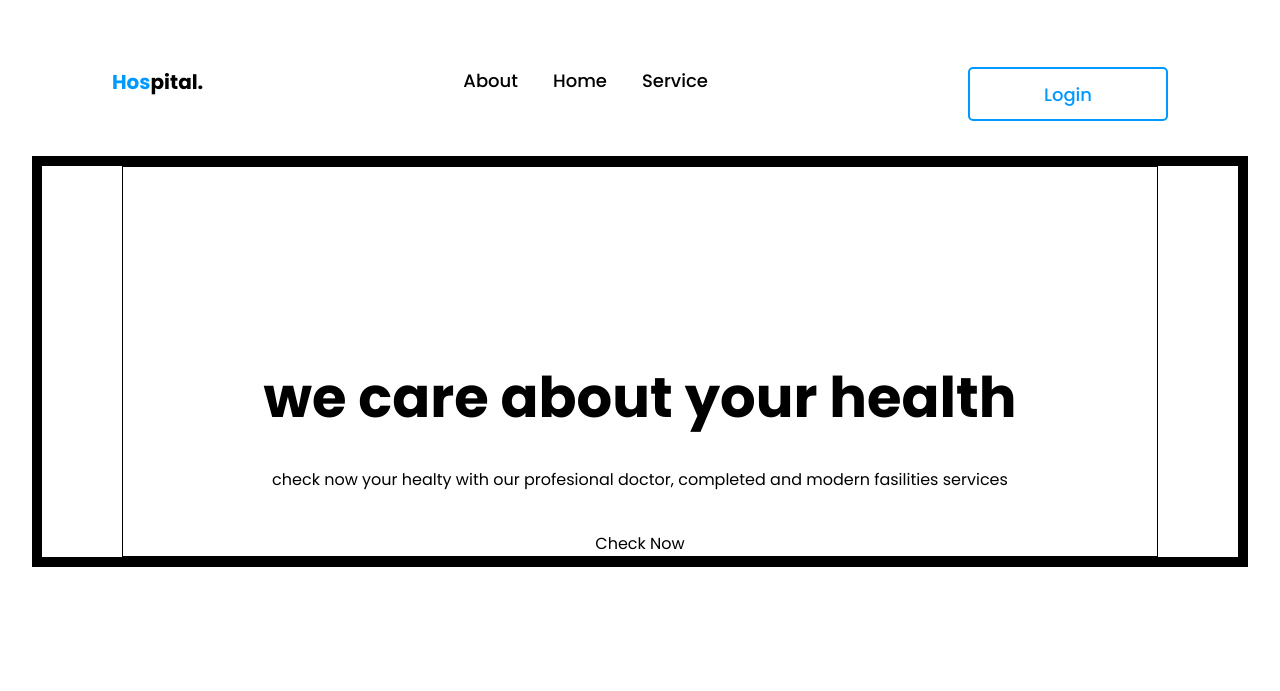
Repository: Chadi2000/hospital-app
Page: /
The author's editor kept a copy of each file at every save. The page is drawn from the files as they stood at one save, then again after the next save.
The browser window is 1280 px wide. The pictures show the whole page.
The project was rebuilt for these pictures with package versions that can differ from the ones it lists, and the page was loaded fresh each time. Also part of the build but not shown: vite.config.js.

Above is the page before, as saved 2024-08-03 17:54:41.

### src/App.jsx
import './App.css'
import Header from './components/Header'
import Navbar from './components/Navbar'

function App() {

  return (
    <div className='flex flex-col'>
      <Navbar />
      <Header />
    </div>
  )
}

export default App

### src/index.css
@import url('https://fonts.googleapis.com/css2?family=Poppins:ital,wght@0,100;0,200;0,300;0,400;0,500;0,600;0,700;0,800;0,900;1,100;1,200;1,300;1,400;1,500;1,600;1,700;1,800;1,900&display=swap');

@tailwind base;
@tailwind components;
@tailwind utilities;

body{
  font-family: "Poppins", sans-serif;;
}

### src/components/Header.jsx
import Doctor from '../assets/doctor1.png'

const Header = () => {
  return (
    <div className='flex px-[80px] border-[10px]'>

      <div className='flex flex-col justify-start gap-10 border-[1px] pt-[200px] w-full'>
        <h1 className='text-[56px] font-bold leading-[61px]'>we care about your health</h1>
        <p>check now your healty with our profesional doctor, completed and modern fasilities services</p>
        <div>Check Now</div>
      </div>

      <div className='relative flex items-center'>
        <div className='absolute'>
            <img src={Doctor} alt="doctor" />
        </div>
      </div>

    </div>
  )
}

export default Header

### src/components/Navbar.jsx

const Navbar = () => {
  return (
    <div className="flex justify-between py-[35px] px-[80px] ">

      <div className="flex text-[20px] font-bold leading-[30px] cursor-pointer">
        <div className="text-btn">Hos</div>
        <div className="text-black">pital.</div>
      </div>

        <ul className="flex gap-[35px] justify-between font-medium text-[18px] leading-[27px]">
            <li className="cursor-pointer">About</li>
            <li className="cursor-pointer">Home</li>
            <li className="cursor-pointer">Service</li>
        </ul>


      <div className="flex justify-center items-center w-[200px] h-[54px] text-btn border-btn border-[2px] cursor-pointer rounded-[5px]
      font-medium  text-[18px] leading-[27px]">
        Login
      </div>

    </div>
  )
}

export default Navbar

### tailwind.config.js
/** @type {import('tailwindcss').Config} */
export default {
  content: [
    "./index.html",
    "./src/**/*.{js,ts,jsx,tsx}",
  ],
  theme: {
    extend: {},
    textColor:{
      btn: '#0099FF',
    },
    backgroundColor:{
      btn: '#0099FF',
    },
    fontFamily:{
      abc:["Poppins","sans-serif"]
    },
    borderColor:{
      btn: '#0099FF',
    }
  },
  plugins: [],
}

Loaded but not shown: index.html (common file); src/main.jsx (common file); src/App.css (common file)

After the next save:
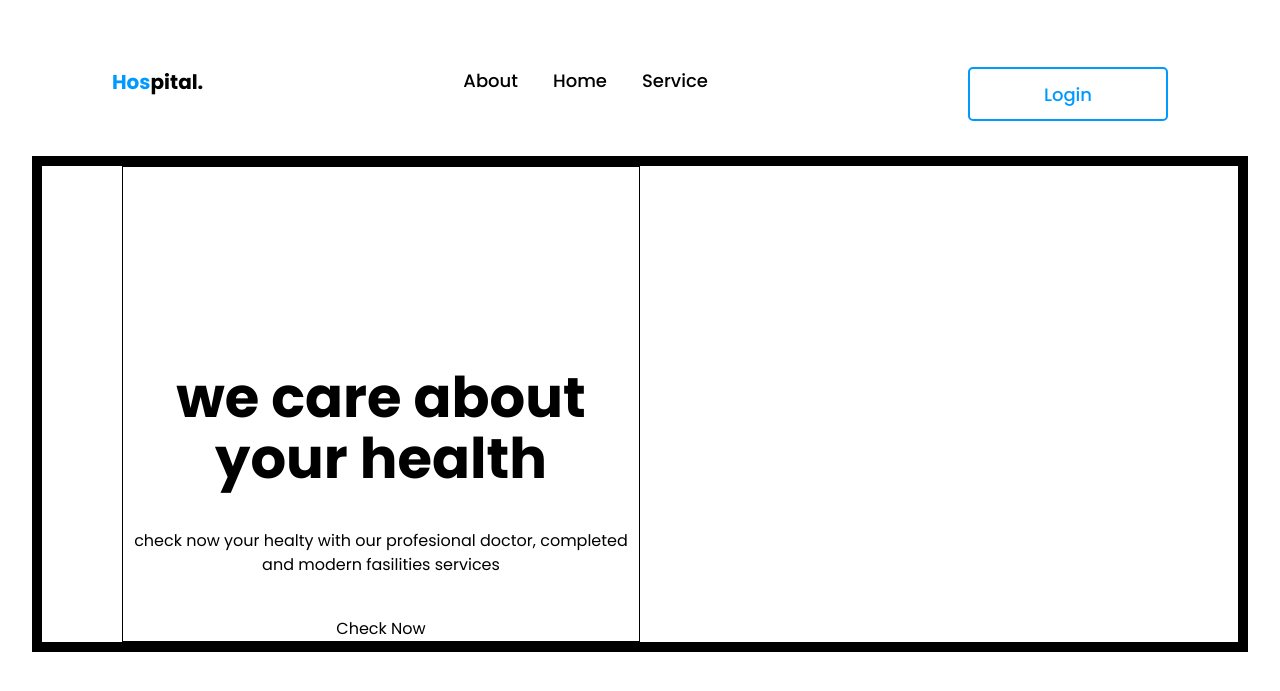
Saved 9 s later.
--- a/src/components/Header.jsx
+++ b/src/components/Header.jsx
@@ -4,7 +4,7 @@ const Header = () => {
   return (
     <div className='flex px-[80px] border-[10px]'>
 
-      <div className='flex flex-col justify-start gap-10 border-[1px] pt-[200px] w-full'>
+      <div className='flex flex-col justify-start gap-10 border-[1px] pt-[200px] w-1/2'>
         <h1 className='text-[56px] font-bold leading-[61px]'>we care about your health</h1>
         <p>check now your healty with our profesional doctor, completed and modern fasilities services</p>
         <div>Check Now</div>
